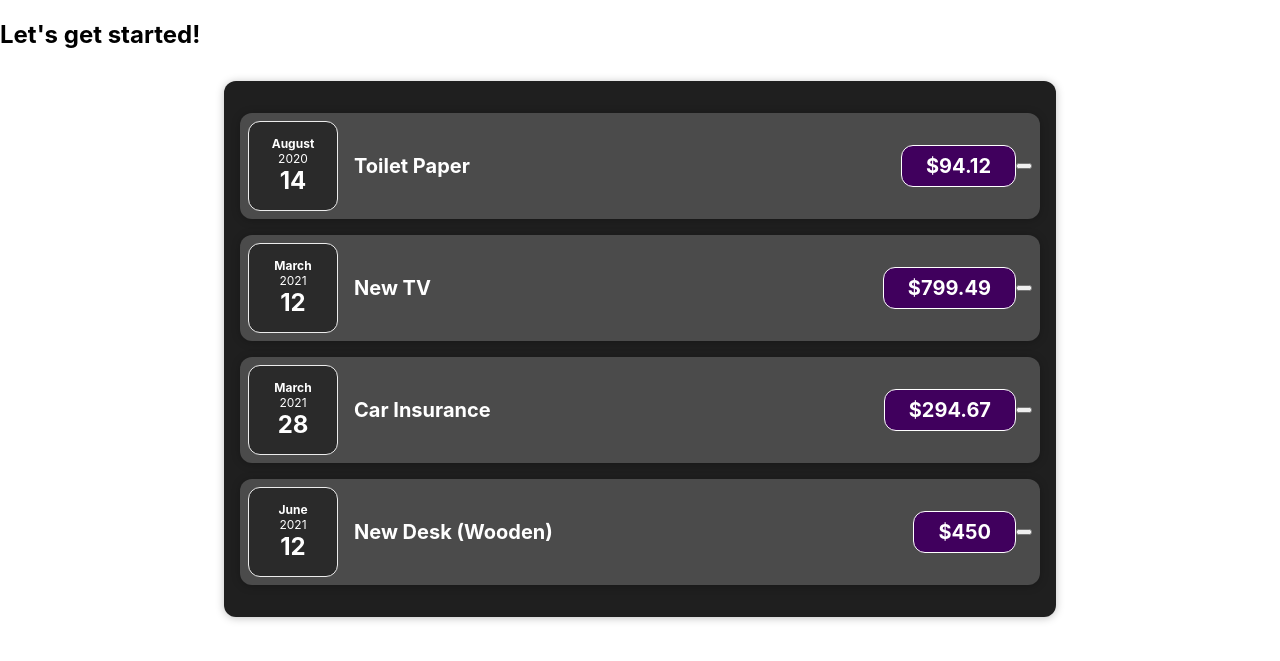
Repository: sohan2503001/Expenditure-Tracker
Page: /
These files come from the project's save history. The page is drawn as it stood at one moment and after the next save; the edit follows.
The browser window is 1280 px wide. The pictures show the whole page.
The project was rebuilt for these pictures with package versions that can differ from the ones it lists, and the page was loaded fresh each time.

Above is the page before, as saved 2021-04-17 13:18:07.

After the next save:
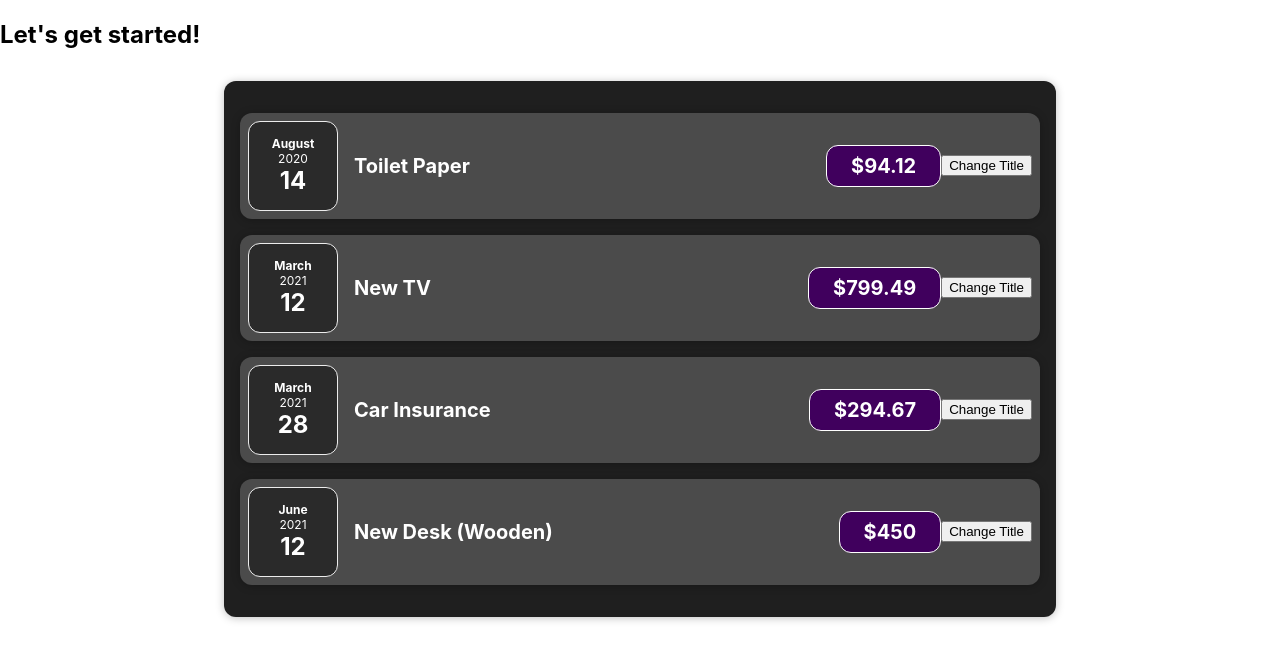
Saved 5 s later.
--- a/src/components/Expenses/ExpenseItem.js
+++ b/src/components/Expenses/ExpenseItem.js
@@ -10,7 +10,7 @@ function ExpenseItem(props) {
                 <h2>{props.title}</h2>
                 <div className='expense-item__price'>${props.amount}</div>
             </div>
-            <button ></button>
+            <button >Change Title</button>
         </Card>
     );
 }
